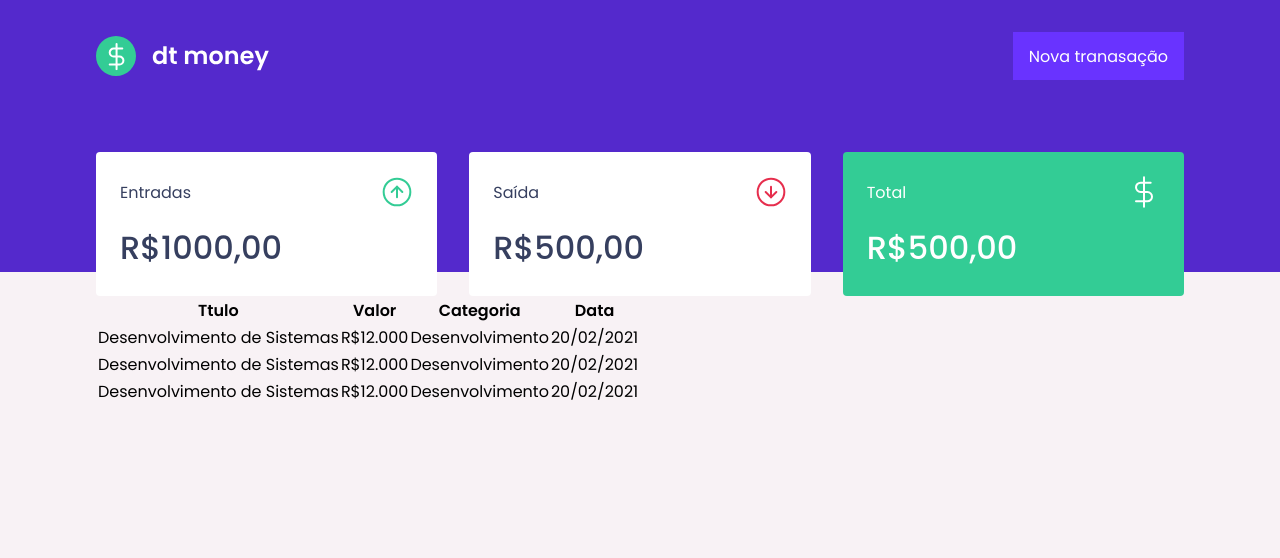
Repository: soualexandre/dtmoney
Page: /
The author's editor kept a copy of each file at every save. The page is drawn from the files as they stood at one save, then again after the next save.
The browser window is 1280 px wide. The pictures show the whole page.
The project was rebuilt for these pictures with package versions that can differ from the ones it lists, and the page was loaded fresh each time.

Above is the page before, as saved 2021-07-13 11:26:42.

### public/index.html
<!DOCTYPE html>
<html lang="en">
  <head>
    <link rel="preconnect" href="https://fonts.googleapis.com">
    <link rel="preconnect" href="https://fonts.gstatic.com" crossorigin>
    <meta charset="utf-8" />
    <meta name="viewport" content="width=device-width, initial-scale=1" />
    <link href="https://fonts.googleapis.com/css2?family=Poppins:wght@400;500;600&display=swap" rel="stylesheet">
    <link rel="stylesheet" href="favicon.png" type="image/png">
    <title>DtMoney</title>
  </head>
  <body>
    <noscript>You need to enable JavaScript to run this app.</noscript>
    <div id="root"></div>
  </body>
</html>

### src/App.tsx
import { Dashboard } from './components/Dashboard';
import { Header } from './components/Header';
import {GlobalStyle} from './styles/global'

export function App() {
  return (
    <>
      <Header/>
      <Dashboard/>
      <GlobalStyle/>
    </>
  );
}

### src/components/Dashboard/index.tsx
import { Sumary } from "../Sumary";
import { TransactionsTable } from "../transactionsTable";
import { Container } from "./styles";


export function Dashboard(){
    return(
       <Container>
          <Sumary/>
          <TransactionsTable/>
       </Container>
    );
}

### src/components/Header/index.tsx
import LogoImg from '../../assets/logo.svg'
import {Container, Content} from './styles'

export function Header(){
    return(
        <Container>
            <Content>
            <img src={LogoImg} alt="dtMoney" />
            <button type="button">
                Nova tranasação
            </button>
            </Content>
        </Container>
    );
}

### src/styles/global.ts
import { createGlobalStyle } from 'styled-components'


export const GlobalStyle = createGlobalStyle`

    :root{
        --background: #f8f2f5;

        --red: #e52e40;
        --blue: #5429cc;
        --green: #33cc95;
        --blue-light: #6933ff;

        --text-title: #363f5f;
        --text-body: #969cb3;

        --shape: #ffffff;

    }

    *{
        margin: 0;
        padding: 0;
        box-sizing: border-box;
    }
    html{
        @media (max-width: 1080px){
            font-size: 93.5%;
        }

    }

    body{
        background: var(--background);
        -webkit-font-smoothing: antialiased;
    }

    body, input, textarea, button{
        font-family: 'Poppins', sans-serif;
        font-weight: 400;
    }

    h1, h2, h3, h4, h5, h6, strong{
        font-weight: 600;
    }

    button{
        cursor: pointer;
    }
    [disable]{
        opacity: 0.6;
        cursor: not-allowed;
    }

`;

### src/components/Sumary/index.tsx
import {Container} from './styles'
import iconImg from '../../assets/income.svg'
import outcomeImg from '../../assets/outcome.svg'
import totalImg from '../../assets/total.svg'
export function Sumary(){
    return(
        <Container>
            <div>
                <header>
                    <p>Entradas</p>
                    <img src={iconImg} alt=" icon" />
                </header>
                <strong>R$1000,00</strong>
            </div>
            <div>
                <header>
                    <p>Saída</p>
                    <img src={outcomeImg} alt="out icon" />
                </header>
                <strong>R$500,00</strong>
            </div>
            <div className="highlightBackground">
                <header>
                    <p>Total</p>
                    <img src={totalImg} alt="Total icon" />
                </header>
                <strong>R$500,00</strong>
            </div>
        </Container>
    );
}

### src/components/transactionsTable/index.tsx
import { Container } from "./styles";


export function TransactionsTable() {
    return(
    <Container>
        <table>
            <thead>
                <tr>
                    <th>Ttulo</th>
                    <th>Valor</th>
                    <th>Categoria</th>
                    <th>Data</th>
                </tr>
            </thead>
            <tbody>
                <tr>
                    <td>Desenvolvimento de Sistemas</td>
                    <td>R$12.000</td>
                    <td>Desenvolvimento</td>
                    <td>20/02/2021</td>
                </tr>
                <tr>
                    <td>Desenvolvimento de Sistemas</td>
                    <td>R$12.000</td>
                    <td>Desenvolvimento</td>
                    <td>20/02/2021</td>
                </tr>
                <tr>
                    <td>Desenvolvimento de Sistemas</td>
                    <td>R$12.000</td>
                    <td>Desenvolvimento</td>
                    <td>20/02/2021</td>
                </tr>
            </tbody>
        </table>
    </Container>
    );
}

### src/components/Dashboard/styles.ts
import styled from 'styled-components'

export const Container = styled.header`
    max-width: 1120PX;
    margin:0 auto;
    padding: 2.5rem 1rem;



`;

### src/components/Header/styles.ts
import styled from 'styled-components'

export const Container = styled.header`
    background: var(--blue);

`;
export const Content = styled.header`
    background: var(--blue);
    max-width: 1120px;
    margin: 0 auto;
    padding: 2rem 1rem 12rem;

    display: flex;
    align-items: center;
    justify-content: space-between;
    button{
        font-size: 1rem;
        color: #fff;
        background: var(--blue-light);
        border: 0;
        padding:0.2rem;
        padding-left: 1rem;
        padding-right: 1rem;
        height: 3rem;

        transition: filter 0.2s;
        &:hover{
            filter: brightness(0.9);
        }

    }
`;

### src/components/Sumary/styles.ts
import styled from 'styled-components'


export const Container = styled.div`
    display: grid;
    grid-template-columns: repeat(3,1fr);
    gap: 2rem;
    margin-top: -10rem;

div{
    background: var(--shape);
    padding: 1.5rem;
    border-radius: 0.25rem;
    color: var(--text-title);

    &.highlightBackground{
        background: #33cc95;
        color: #fff;
    }
    header{
        display: flex;
        align-items: center;
        justify-content: space-between;
    }

    strong{
        display: block;
        margin-top: 1rem;
        font-size: 2rem;
        line-height: 3rem;
        font-weight: 500;
    }

}
`;

### src/components/transactionsTable/styles.ts
import styled from 'styled-components';


export const Container = styled.div`

`;

Loaded but not shown: src/index.tsx (common file)

After the next save:
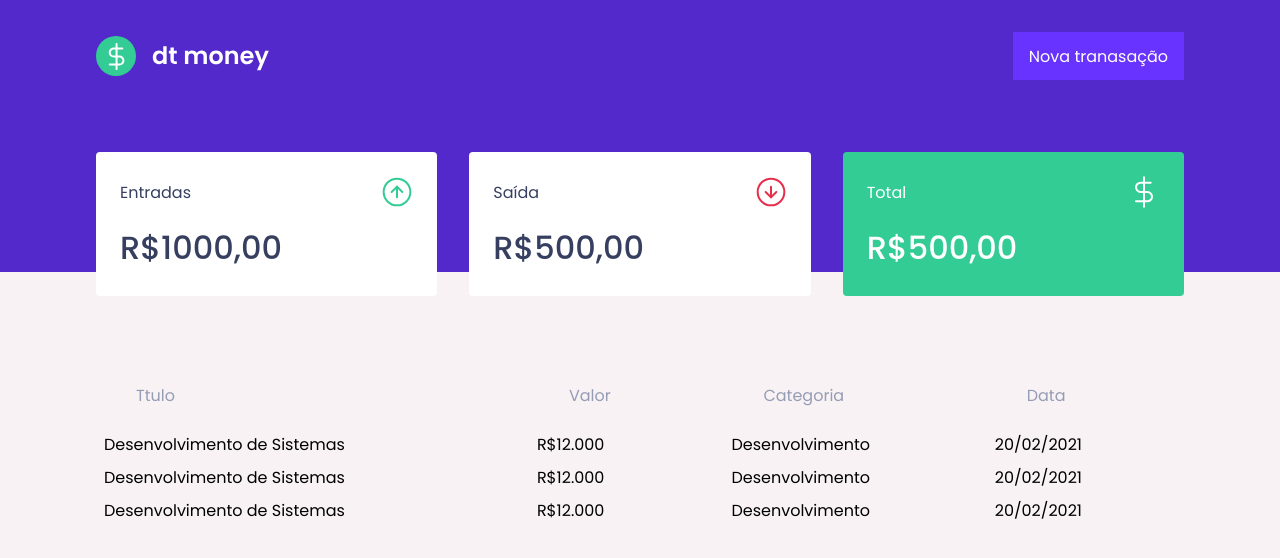
Saved 2 min 20 s later.
--- a/src/components/transactionsTable/styles.ts
+++ b/src/components/transactionsTable/styles.ts
@@ -2,5 +2,18 @@
 
 
 export const Container = styled.div`
+    margin-top: 4rem;
 
+    table{
+        width: 100%;
+        border-spacing: 0.5rem;
+
+        th{
+            color: var(--text-body);
+            font-weight: 400;
+            padding: 1rem 2rem;
+            text-align: left;
+            line-height: 1.5rem;
+        }
+    }
 `;
